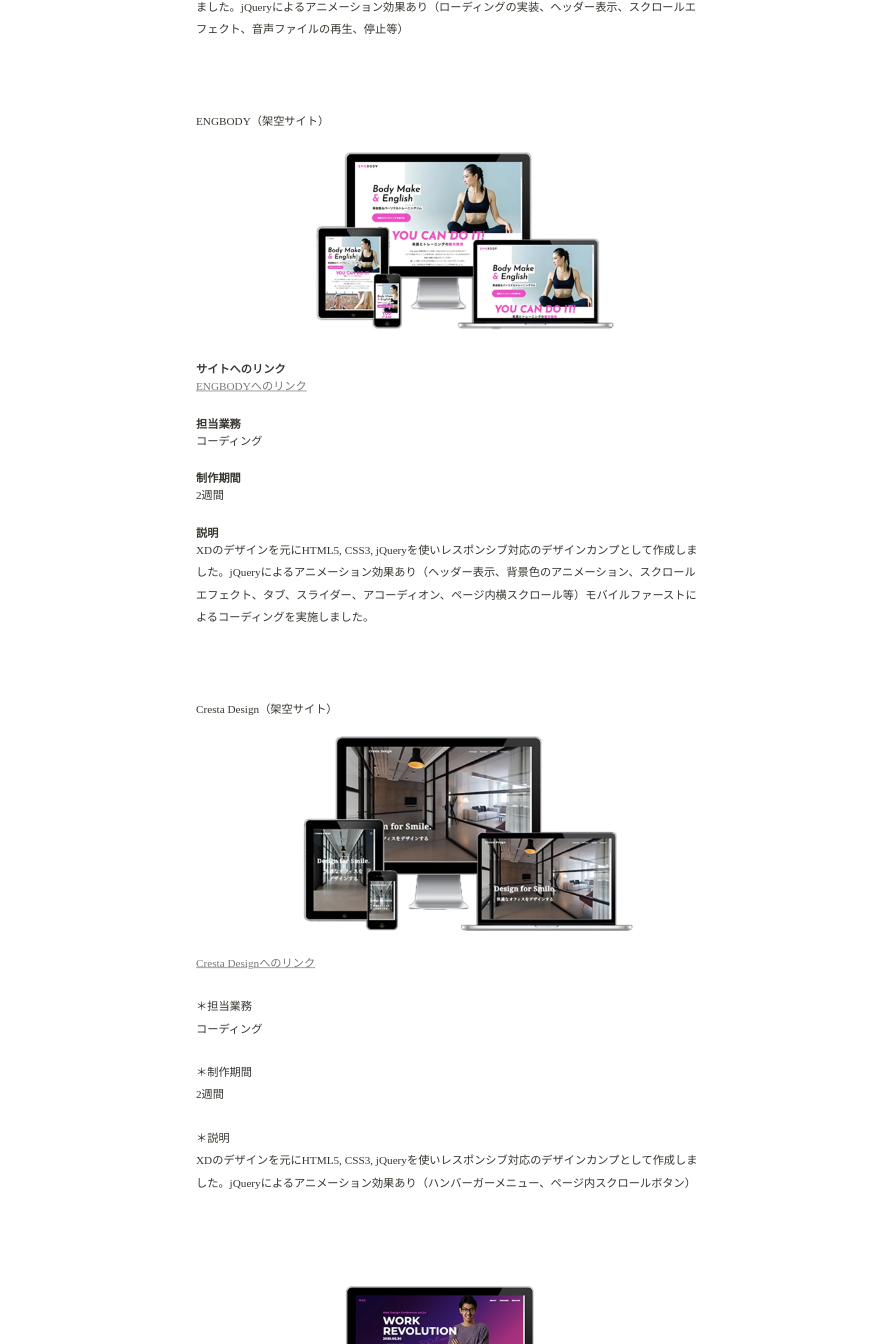
Repository: tetishi/my-portfolio
Page: index.html
The author's editor kept a copy of each file at every save. The page is drawn from the files as they stood at one save, then again after a run of saves.
The browser window is 1280 px wide. The pictures show the part of the page from y = 4580 to 6500 px (the page is 11515 px tall before and 11499 px after), at 70% of full size.
The style sheet was rebuilt from its Sass, Less or Tailwind sources for each picture, by a compiler version that may differ from the author's.

Above is the page before, as saved 2024-05-19 15:54:23.

### index.html
<!DOCTYPE html>
<html lang="ja">

<head>
    <meta name="robots" content="noindex">
    <meta charset="UTF-8">
    <meta name="viewport" content="width=device-width, initial-scale=1.0">
    <meta http-equiv="X-UA-Compatible" content="ie=edge">
    <meta property="og:title" content="石田哲朗のポートフォリオ" />
    <meta property="og:type" content="website" />
    <meta property="og:url" content="http://tetsuroishida.com/" />
    <meta property="og:image" content="#" />
    <meta property="og:site_name" content="ポートフォリオ" />
    <meta property="og:description" content="石田哲朗のポートフォリオです。過去の作品、スキル、使用ツール、自己紹介を掲載しております。" />
    <title>石田哲朗のポートフォリオ</title>
    <link rel="stylesheet" href="reset.css">
    <link rel="stylesheet" href="style.css">
    <link rel="icon" href="img/favicon.ico">
</head>

<body>
    <header class="header">
        <div class="header-inner">
            <h1 class="logo">
                <a href="/">
                    <img class="logo_img" src="img/favicon.png" alt="">
                </a>
            </h1>
            <nav class="header-nav">
                <ul class="header-ul">
                    <li class="header-li">
                        <a href="#">過去の作品</a>
                    </li>
                    <li class="header-li">
                        <a href="#">スキル</a>
                    </li>
                    <li class="header-li">
                        <a href="#">使用ツール</a>
                    </li>
                    <li class="header-li">
                        <a href="#">私について</a>
                    </li>
                </ul>
            </nav>
            <button class="mobile-menu_btn">
                <span></span>
                <span></span>
                <span></span>
            </button>
            <div class="mobile-header">
                <nav class="mobile-header_nav">
                    <ul class="mobile-header_ul">
                        <li class="mobile-header_li">
                            <a href="#">過去の作品</a>
                        </li>
                        <li class="mobile-header_li">
                            <a href="#">スキル</a>
                        </li>
                        <li class="mobile-header_li">
                            <a href="#">使用ツール</a>
                        </li>
                        <li class="mobile-header_li">
                            <a href="#">私について</a>
                        </li>
                    </ul>
                </nav>
            </div>
        </div>
    </header>

    <main>

        <section>
            <!-- ここ記入 -->
            <h1>ポートフォリオ<br class="d-none">（石田 哲朗）</h1>
            <p>お忙しい中 ご覧頂きありがとうございます。</p>
            <p>以下、過去の作品でございます。</p>
            <!-- ここ記入 -->
            <!-- <p>ベーシック認証がかかっているものは<br>ID aaa<br>パスワード aaa<br> です。</p> -->
        </section>
        <section>

            <h2>過去の作品</h2>
            <h3 class="sub-tit">LP作成</h3>

            <!-- １作品目 -->
            <div class="work">
                <!-- ここ記入 -->
                <h3 class="work_tit">UNIVERSAL HOLDINGS様／山中湖オリオン</h3>

                <!-- サイトのイメージ写真を入れます -->
                <a class="work_img-link" target="_blank" href="https://orion.universalholdings.jp/">
                    <picture>
                        <source srcset="img/universal-holdings@2x.webp" type="image/webp">
                        <img src="img/universal-holdings@2x.png">
                    </picture>
                </a>
                <p>
                    UNIVERSAL HOLDINGS様の貸別荘ビジネス「山中湖オリオン」についてのLP（ランディングページ）を制作致しました。<br>
                    「山中湖オリオン」は優れた強固な構造が特徴で、長期の運用が可能なフィンランドログを使用した貸別荘です。<br>
                </p>
                <h3 class="details">サイトへのリンク</h3>
                <!-- ここ記入 -->
                <p class="work_link"><a target="_blank" rel="noopener noreferrer" href="https://orion.universalholdings.jp/">UNIVERSAL HOLDINGS様／山中湖オリオンのLPへのリンク</a></p>
                <p class="work_link"><a target="_blank" rel="noopener noreferrer" href="https://orion-salon.universalholdings.jp/">UNIVERSAL HOLDINGS様／山中湖オリオン ABテスト用LPへのリンク</a></p>

                <h3 class="details">担当業務</h3>
                <p>コーディング / WordPress</p>
                <h3 class="details">サイトの目的</h3>
                <p>共同事業パートナーの募集 / 事業の認知</p>
                <h3 class="details">制作期間</h3>
                <!-- ここ記入 -->
                <p>約5日（コーディング / WordPress）</p>
                <h3 class="details">説明</h3>
                <!-- ここ記入 -->
                <p>
                    UNIVERSAL HOLDINGS様の貸別荘ビジネス「山中湖オリオン」についてのLP（ランディングページ）を制作致しました。<br>
                    「山中湖オリオン」は優れた強固な構造が特徴で、長期の運用が可能なフィンランドログを使用した貸別荘です。<br>
                    デザインパートナーにてデザインを作成、Photoshopのデザインを元にHTML5, CSS3, JavaScript(jQuery)を使用しLPをコーディング、WordPress化致しました。<br>
                    ・ユーザーにとってクリックしやすくなるように、ボタンは光るようにコーディングしております。<br>
                    ・ABテスト用に一部異なるデザインのLPも制作致しました。
                </p>
            </div>


            <!-- 2作品目 -->
            <div class="work">
                <!-- ここ記入 -->
                <h3 class="work_tit">合同会社シュアーズ様／AIオートメーションシステムのLP</h3>

                <!-- サイトのイメージ写真を入れます -->
                <a class="work_img-link" target="_blank" href="https://sedori-go.com/automation-b/">
                    <picture>
                        <source srcset="img/automation-b@2x.webp" type="image/webp">
                        <img src="img/automation-b@2x.png">
                    </picture>
                </a>
                <!-- ここ記入 -->
                <p>
                    合同会社シュアーズ様のAIオートメーションシステムについてのLP（ランディングページ）を制作致しました。<br>
                    平凡なサラリーマンがネット販売で独立を叶え、起業初年度に「1億円」を叶えた特効薬（秘密）を初公開しております。
                </p>

                <h3 class="details">サイトへのリンク</h3>
                <p class="work_link"><a target="_blank" rel="noopener noreferrer" href="https://sedori-go.com/automation-b/">AIオートメーションシステムのLPへのリンク</a></p>

                <h3 class="details">担当業務</h3>
                <p>コーディング / ディレクション</p>

                <h3 class="details">サイトの目的</h3>
                <p>サービスの認知 / 新規クライアントの獲得</p>

                <h3 class="details">制作期間</h3>
                <!-- ここ記入 -->
                <p>5日（コーディング / ディレクション）</p>

                <h3 class="details">説明</h3>
                <!-- ここ記入 -->
                <p>デザインパートナーにてデザインを作成、Figmaのデザインを元にHTML5、CSS3、JavaScript（jQuery）を使いレスポンシブ対応のLPを制作致しました。<br>
                    ・MyASPを使用し、メール配信機能を実装しました。<br>
                    ・お客様とデザイナーの間に立ち、お客様のご要望が上手くデザイナーに伝わるように、ディレクション業務も行いました。
                </p>
            </div>

            <!-- 3作品目 -->
            <div class="work">
                <h3 class="work_tit">合同会社シュアーズ様／AIオートメーションのLP</h3>

                <!-- サイトのイメージ写真を入れます -->
                <a class="work_img-link" target="_blank" href="https://sedori-go.com/automationlp/">
                    <picture>
                        <source srcset="img/automation-a@2x.webp" type="image/webp">
                        <img src="img/automation-a@2x.png">
                    </picture>
                </a>
                <!-- ここ記入 -->
                <p>
                    合同会社シュアーズ様のAIオートメーションシステムについてのLP（ランディングページ）を制作致しました。<br>
                    自分でリサーチしない、勝手に利益商品をみつけてくれるAIオートメーションシステムです。
                </p>

                <h3 class="details">サイトへのリンク</h3>
                <p class="work_link"><a target="_blank" rel="noopener noreferrer" href="https://sedori-go.com/automationlp/">AIオートメーションのLPへのリンク</a></p>

                <h3 class="details">担当業務</h3>
                <p>コーディング / ディレクション</p>

                <h3 class="details">サイトの目的</h3>
                <p>サービスの認知 / 新規クライアントの獲得</p>

                <h3 class="details">制作期間</h3>
                <!-- ここ記入 -->
                <!-- <p>11日（6日デザイン、5日コーディング）</p> -->
                <p>5日（コーディング / ディレクション）</p>

                <h3 class="details">説明</h3>
                <!-- ここ記入 -->
                <p>デザインパートナーにてデザインを作成、Figmaのデザインを元にHTML5、CSS3、JavaScript（jQuery）を使いレスポンシブ対応のLPを制作致しました。<br>
                    ・MyASPを使用し、メール配信機能を実装しました。<br>
                    ・お客様とデザイナーの間に立ち、お客様のご要望が上手くデザイナーに伝わるように、ディレクション業務も行いました。
                </p>
            </div>

            <!-- 4作品目 -->
            <div class="work">
                <!-- ここ記入 -->
                <h3 class="work_tit">Planet Hunters（架空サイト）</h3>

                <!-- サイトのイメージ写真を入れます -->
                <a class="work_img-link" target="_blank" href="https://tetishi.github.io/planet-hunters/">
                    <picture>
                        <source srcset="img/planet-hunters@2x.webp" type="image/webp">
                        <img src="img/planet-hunters@2x.png">
                    </picture>
                </a>
                <!-- ここ記入 -->
                <h3 class="details">サイトへのリンク</h3>
                <p class="work_link"><a target="_blank" rel="noopener noreferrer" href="https://tetishi.github.io/planet-hunters/">Planet Huntersへのリンク</a></p>

                <h3 class="details">担当業務</h3>
                <p>コーディング</p>

                <h3 class="details">制作期間</h3>
                <!-- ここ記入 -->
                <p>1週間</p>

                <h3 class="details">説明</h3>
                <!-- ここ記入 -->
                <p>Figmaのデザインを元にHTML5, CSS3, jQueryを使いレスポンシブ対応のデザインカンプとして作成しました。jQueryによるアニメーション効果あり（ローディングの実装、ヘッダー表示、スクロールエフェクト、音声ファイルの再生、停止等）</p>
            </div>

            <!-- 5作品目 -->
            <div class="work">
                <!-- ここ記入 -->
                <p class="work_tit">ENGBODY（架空サイト）</p>

                <!-- サイトのイメージ写真を入れます -->
                <a class="work_img-link" target="_blank" href="https://tetishi.github.io/engbody/">
                    <picture>
                        <source srcset="img/engbody@2x.webp" type="image/webp">
                        <img src="img/engbody@2x.png">
                    </picture>
                </a>
                <!-- ここ記入 -->
                <h3 class="details">サイトへのリンク</h3>
                <p class="work_link"><a target="_blank" rel="noopener noreferrer" href="https://tetishi.github.io/engbody/">ENGBODYへのリンク</a></p>

                <h3 class="details">担当業務</h3>
                <p>コーディング</p>

                <h3 class="details">制作期間</h3>
                <!-- ここ記入 -->
                <p>2週間</p>
                <h3 class="details">説明</h3>
                <!-- ここ記入 -->
                <p>XDのデザインを元にHTML5, CSS3, jQueryを使いレスポンシブ対応のデザインカンプとして作成しました。jQueryによるアニメーション効果あり（ヘッダー表示、背景色のアニメーション、スクロールエフェクト、タブ、スライダー、アコーディオン、ページ内横スクロール等）モバイルファーストによるコーディングを実施しました。</p>
            </div>

            <!-- 　6作品目 -->
            <div class="work">
                <!-- ここ記入 -->
                <p class="work_tit">Cresta Design（架空サイト）</p>

                <!-- サイトのイメージ写真を入れます -->
                <picture>
                    <source srcset="img/cresta-design@2x.webp" type="image/webp">
                    <img src="img/cresta-design@2x.png">
                </picture>
                <!-- ここ記入 -->
                <p class="work_link"><a target="_blank" rel="noopener noreferrer" href="https://tetishi.github.io/cresta-design/">Cresta Designへのリンク</a></p>
                <p class="details">＊担当業務</p>
                <p>コーディング</p>
                <p class="details">＊制作期間</p>
                <!-- ここ記入 -->
                <p>2週間</p>
                <p class="details">＊説明</p>
                <!-- ここ記入 -->
                <p>XDのデザインを元にHTML5, CSS3, jQueryを使いレスポンシブ対応のデザインカンプとして作成しました。jQueryによるアニメーション効果あり（ハンバーガーメニュー、ページ内スクロールボタン）</p>
            </div>

            <!-- 　7作品目 -->
            <div class="work">
                <!-- サイトのイメージ写真を入れます -->
                <picture>
                    <source srcset="img/wdc@2x.webp" type="image/webp">
                    <img src="img/wdc@2x.png">
                </picture>
                <!-- ここ記入 -->
                <p class="work_tit">WDC（架空サイト）</p>
                <!-- ここ記入 -->
                <p class="work_link"><a target="_blank" rel="noopener noreferrer" href="https://tetishi.github.io/wdc/">WDCへのリンク</a></p>
                <p class="details">＊担当業務</p>
                <p>コーディング</p>
                <p class="details">＊制作期間</p>
                <!-- ここ記入 -->
                <p>2週間</p>
                <p class="details">＊説明</p>
                <!-- ここ記入 -->
                <p>XDのデザインを元にHTML5, CSS3, jQueryを使いレスポンシブ対応のデザインカンプとして作成しました。jQueryによるアニメーション効果あり（ページ内スクロールボタン、トップに戻るボタン）</p>
            </div>

            <!-- 　8作品目 -->
            <div class="work">
                <!-- サイトのイメージ写真を入れます -->
                <picture>
                    <source srcset="img/munchkin@2x.webp" type="image/webp">
                    <img src="img/munchkin@2x.png">
                </picture>
                <!-- ここ記入 -->
                <p class="work_tit">MUNCHKIN（架空サイト）</p>
                <!-- ここ記入 -->
                <p class="work_link"><a target="_blank" rel="noopener noreferrer" href="https://tetishi.github.io/munchkin2/">MUNCHKINへのリンク</a></p>
                <p class="details">＊担当業務</p>
                <p>コーディング</p>
                <p class="details">＊制作期間</p>
                <!-- ここ記入 -->
                <p>1週間</p>
                <p class="details">＊説明</p>
                <!-- ここ記入 -->
                <p>XDのデザインを元にHTML5, CSS3, jQueryを使いレスポンシブ対応のデザインカンプとして作成しました。jQueryによるアニメーション効果あり（ハンバーガーメニュー、スクロールボタン）</p>
            </div>


            <h3 class="sub-tit">コーポレイトサイト作成</h3>
            <!-- 　1作品目 -->
            <div class="work">
                <!-- サイトのイメージ写真を入れます -->
                <picture>
                    <source srcset="img/pon-design@2x.webp" type="image/webp">
                    <img src="img/pon-design@2x.png">
                </picture>
                <!-- ここ記入 -->
                <p class="work_tit">PON DESIGN（架空サイト）</p>
                <!-- ここ記入 -->
                <p class="work_link"><a target="_blank" rel="noopener noreferrer" href="https://tetishi.github.io/pon-design/">PON DESIGNへのリンク</a></p>
                <p class="details">＊担当業務</p>
                <p>コーディング</p>
                <p class="details">＊制作期間</p>
                <!-- ここ記入 -->
                <p>約18日</p>
                <p class="details">＊説明</p>
                <!-- ここ記入 -->
                <p>XDのデザインを元にHTML5, CSS3, jQueryを使いレスポンシブ対応のデザインカンプとして作成しました。jQueryによるアニメーション効果あり（ハンバーガーメニュー、スライダー等）</p>
            </div>


            <!-- 　2作品目 -->
            <div class="work">
                <!-- サイトのイメージ写真を入れます -->
                <picture>
                    <source srcset="img/start@2x.webp" type="image/webp">
                    <img src="img/start@2x.png">
                </picture>
                <!-- ここ記入 -->
                <p class="work_tit">START（架空サイト）</p>
                <!-- ここ記入 -->
                <p class="work_link"><a target="_blank" rel="noopener noreferrer" href="https://tetishi.github.io/">STARTへのリンク</a></p>
                <p class="details">＊担当業務</p>
                <p>コーディング</p>
                <p class="details">＊制作期間</p>
                <!-- ここ記入 -->
                <p>1週間</p>
                <p class="details">＊説明</p>
                <!-- ここ記入 -->
                <p>XDのデザインを元にHTML5, CSS3, jQueryを使いレスポンシブ対応のデザインカンプとして作成しました。jQueryによるアニメーション効果あり（ハンバーガーメニュー）</p>
            </div>

            <!-- <div class="work"> -->
                <!-- サイトのイメージ写真を入れます -->
                <!-- <picture>
                    <source srcset="img/#" type="image/webp">
                    <img src="img/#">
                </picture> -->
                <!-- ここ記入 -->
                <!-- <p class="work_tit">ここに作品のタイトルを入れます</p> -->
                <!-- ここ記入 -->
                <!-- <p class="work_link"><a target="_blank" rel="noopener noreferrer" href="#">ここにリンクを入れます</a></p>
                <p class="details">＊担当業務</p>
                <p>コーディング</p>
                <p class="details">＊制作期間</p> -->
                <!-- ここ記入 -->
                <!-- <p>○週間</p>
                <p class="details">＊説明</p> -->
                <!-- ここ記入 -->
                <!-- <p>ここに説明文を入れます</p>
            </div> -->


        </section>
        <section>
            <h2>スキル</h2>
            <h3 class="info-tit">使用言語</h3>
            <p>HTML / CSS / Sass / Javascript / SEO / PHP</p>
            <h3 class="info-tit">フレ-ムワーク</h3>
            <p>jQuery / WordPress</p>
        </section>
        <section>
            <h2>使用ツール</h2>
            <h3 class="info-tit">エディター</h3>
            <p>Visual Studio Code</p>
            <h3 class="info-tit">テストサーバー</h3>
            <p>シン・クラウド for Free / エックスフリー</p>
            <h3 class="info-tit">バージョン管理ツール</h3>
            <p>GitHub</p>
            <h3 class="info-tit">連絡ツール</h3>
            <p>slack / Chatwork</p>
        </section>
        <section>
            <h2>私について</h2>
            <!-- 自分の写真を入れます -->
            <picture>
                <source srcset="img/myself.webp" type="image/webp">
                <img class="people" src="img/myself.jpeg">
            </picture>
            <!-- <img class="people" src="img/myself.jpeg"> -->
            <h3 class="info-tit">名前</h3>
            <!-- ここ記入 -->
            <p>石田 哲朗</p>
            <h3 class="info-tit">生年月日</h3>
            <!-- ここ記入 -->
            <p>1992年11月12日</p>
            <h3 class="info-tit">出身</h3>
            <!-- ここ記入 -->
            <p>奈良県</p>
            <h3 class="info-tit">経歴</h3>
            <!-- ここ記入 -->
            <ul class="carrier-list">
                <li class="carrier-item">
                    <p class="carrier-year">2015</p>
                    <p class="carrier-content">大阪の大学を経済学部で卒業</p>
                </li>
                <li class="carrier-item">
                    <p class="carrier-year">2015 - 2017</p>
                    <p class="carrier-content">アメリカ、ロサンゼルスの語学学校で英語を学ぶ</p>
                </li>
                <li class="carrier-item">
                    <p class="carrier-year">2017 - 2019</p>
                    <p class="carrier-content">カリフォルニア州オークランドにあるLaney Collegeにてコンピュータプログラミング専攻し卒業</p>
                </li>
                <li class="carrier-item">
                    <p class="carrier-year">2019</p>
                    <p class="carrier-content">フリーランスのWebエンジニアとして活動</p>
                </li>
                <li class="carrier-item">
                    <p class="carrier-year">2019 - 2020</p>
                    <p class="carrier-content">プログラミングスクールにてRuby on Ralisなどを学び実際に業務としてWeb開発を実施</p>
                </li>
                <li class="carrier-item">
                    <p class="carrier-year">2021 ~ 2023</p>
                    <p class="carrier-content">ネットワークエンジニアとして勤務</p>
                </li>
                <li class="carrier-item">
                    <p class="carrier-year">2022 ~ 現在</p>
                    <p class="carrier-content">フリーランスのWebエンジニアとして活動中</p>
                </li>
            </ul>
        </section>



    </main>

    <footer class="footer">
        <div class="footer-copyright">
            <p>
                © 2023 Tetsuro Ishida's portfolio All rights reserved
            </p>
        </div>
    </footer>

</body>

</html>

### reset.css
/*
html5doctor.com Reset Stylesheet
v1.6.1
Last Updated: 2010-09-17
Author: Richard Clark - http://richclarkdesign.com
Twitter: @rich_clark
*/

html,
body,
div,
span,
object,
iframe,
h1,
h2,
h3,
h4,
h5,
h6,
p,
blockquote,
pre,
abbr,
address,
cite,
code,
del,
dfn,
em,
img,
ins,
kbd,
q,
samp,
small,
strong,
sub,
sup,
var,
b,
i,
dl,
dt,
dd,
ol,
ul,
li,
fieldset,
form,
label,
legend,
table,
caption,
tbody,
tfoot,
thead,
tr,
th,
td,
article,
aside,
canvas,
details,
figcaption,
figure,
footer,
header,
hgroup,
menu,
nav,
section,
summary,
time,
mark,
audio,
video {
    margin: 0;
    padding: 0;
    border: 0;
    outline: 0;
    font-size: 100%;
    vertical-align: baseline;
    background: transparent;
}

body {
    line-height: 1;
}

article,
aside,
details,
figcaption,
figure,
footer,
header,
hgroup,
menu,
nav,
section {
    display: block;
}

nav ul {
    list-style: none;
}

blockquote,
q {
    quotes: none;
}

blockquote:before,
blockquote:after,
q:before,
q:after {
    content: '';
    content: none;
}

a {
    margin: 0;
    padding: 0;
    font-size: 100%;
    vertical-align: baseline;
    background: transparent;
}


/* change colours to suit your needs */

ins {
    background-color: #ff9;
    color: #000;
    text-decoration: none;
}


/* change colours to suit your needs */

mark {
    background-color: #ff9;
    color: #000;
    font-style: italic;
    font-weight: bold;
}

del {
    text-decoration: line-through;
}

abbr[title],
dfn[title] {
    border-bottom: 1px dotted;
    cursor: help;
}

table {
    border-collapse: collapse;
    border-spacing: 0;
}


/* change border colour to suit your needs */

hr {
    display: block;
    height: 1px;
    border: 0;
    border-top: 1px solid #cccccc;
    margin: 1em 0;
    padding: 0;
}

input,
select {
    vertical-align: middle;
}


/*end reset css*/

Loaded but not shown: style.scss (210 lines, source omitted)

After the next 2 saves:
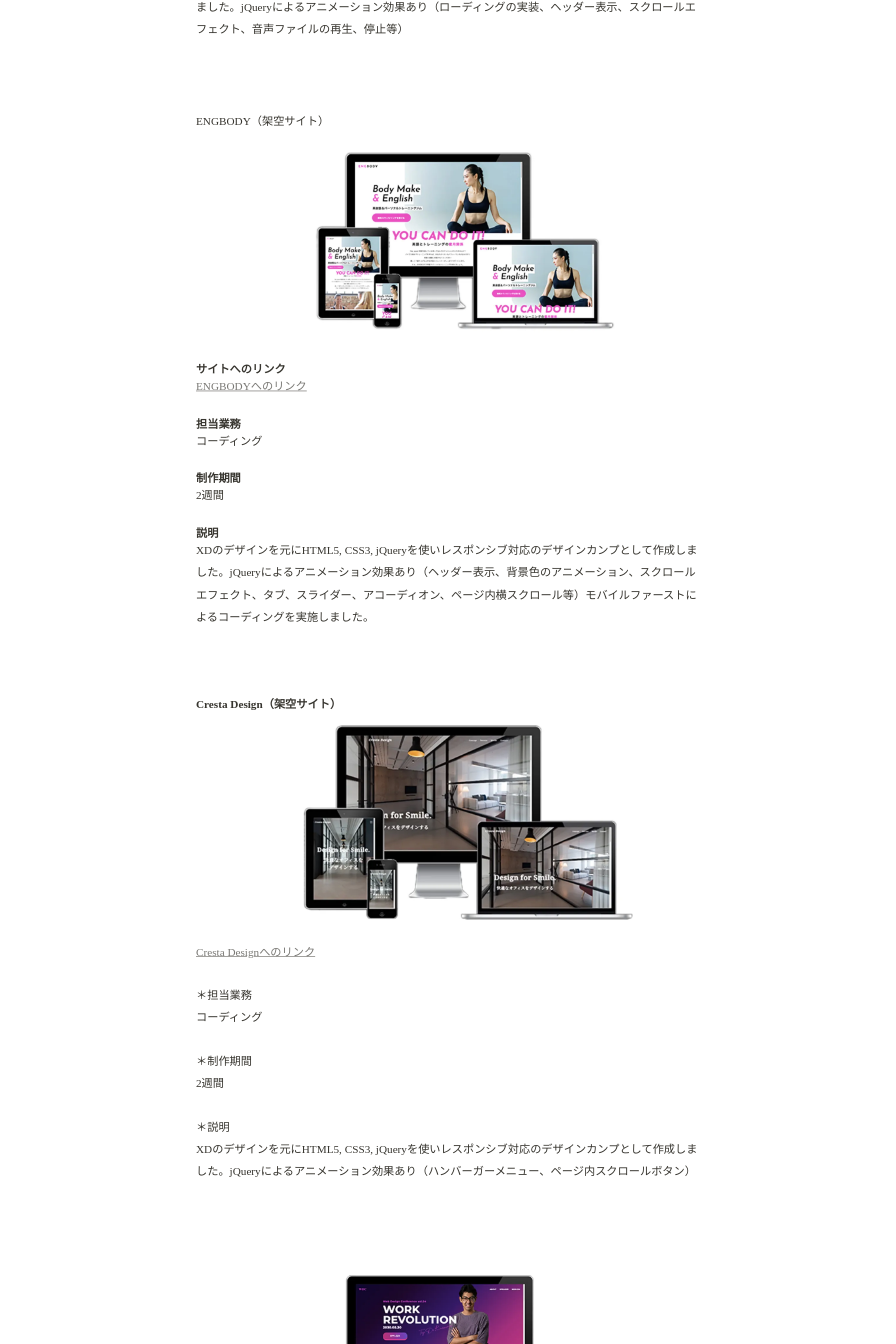
The 2 saves are shown as one change because they came seconds apart.
The last was saved 8 s later.
--- a/index.html
+++ b/index.html
@@ -259,7 +259,7 @@
             <!-- 　6作品目 -->
             <div class="work">
                 <!-- ここ記入 -->
-                <p class="work_tit">Cresta Design（架空サイト）</p>
+                <h3 class="work_tit">Cresta Design（架空サイト）</h3>
 
                 <!-- サイトのイメージ写真を入れます -->
                 <picture>
